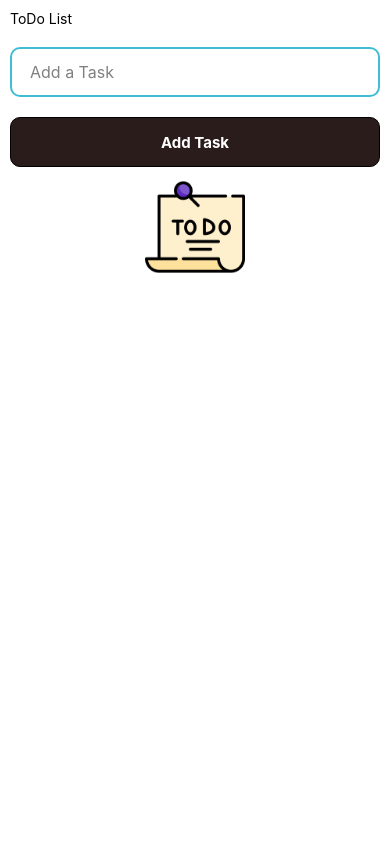
Repository: raisingh22/Projects
Screen: /
The author's editor kept a copy of each file at every save. The screen is drawn from the files as they stood at one save, then again after a run of saves.
The app was drawn by React Native's web renderer in a window 390 px wide. The project was rebuilt for these pictures with package versions that can differ from the ones it lists, and the page was loaded fresh each time.

Above is the screen before, as saved 2024-01-22 13:10:39.

### App.js
import { View, Text, SafeAreaView } from 'react-native'
import React from 'react'
import ToDo from './src/ToDoList/screens/ToDo'

const App = () => {
  return (
   <SafeAreaView style={{
    flex:1
   }}>
     <ToDo/>
   </SafeAreaView>
  )
}

export default App

### src/ToDoList/screens/ToDo.js
import {StyleSheet, Text, TextInput, View} from 'react-native';
import React, {useState} from 'react';
import MyBtn from '../../components/MyBtn';
import MyFlatList from '../../components/MyFlatList';
import Icon from 'react-native-vector-icons/Ionicons';
import Icons from 'react-native-vector-icons/MaterialIcons';
import Fallback from '../../components/Fallback';

// import {IconButton} from 'react-native-paper';
const DummyData = [
  {
    id: '1',
    name: 'Wash Car',
  },
  {
    id: '2',
    name: 'Dusting',
  },
];
const ToDo = () => {
  const [toDo, setToDo] = useState('');
  const [data, setData] = useState([]);
  const handleAdd = () => {
    setData([
      ...data,
      {
        id: Date.now(),
        title: toDo,
      },
    ]);
  };
  const handleDeleteTodo = id => {
    const updateTodo = data.filter(toDo => toDo.id !== id);
    setData(updateTodo);
    console.log(data.length);
  };
  return (
    <View
      style={{
        margin: 10,
      }}>
      <Text>ToDo List</Text>
      <TextInput
        placeholder="Add a Task"
        placeholderTextColor={'grey'}
        style={styles.textInput}
        value={toDo}
        onChangeText={text => setToDo(text)}
      />
      <MyBtn
        text={'Add Task'}
        onPress={() => handleAdd()}
        btnStyle={{backgroundColor: '#291c1a'}}
        textStyle={{
          fontSize: 15,
          fontWeight: 'bold',
        }}
      />
      <MyFlatList
        data={data}
        renderItem={(item, index) => (
          <View
            style={{
              flexDirection: 'row',
              alignItems: 'center',
              padding: 15,
              borderWidth: 1,
              marginVertical: 5,
              borderRadius: 10,
              marginHorizontal: 10,
              backgroundColor: index % 2 === 0 ? '#d4a7a1' : '#1cd9cf',
              shadowColor:'#000',
              shadowOffset:{
                  width:0,
                  height:1
              },
              shadowOpacity:1,
              shadowRadius:4
            }}>
            <Text
              style={{
                fontWeight: '800',
                fontSize: 19,
                color: 'black',
                flex: 1,
              }}>
              {item.title}
            </Text>
            <Icon
              name="pencil"
              size={25}
              style={{
                marginHorizontal: 10,
              }}
            />
            <Icons
              name="delete"
              size={25}
              onPress={() => handleDeleteTodo(item.id)}
            />
          </View>
        )}
      />
      {
        data.length <=0 && <Fallback/>
      }
    </View>
  );
};

export default ToDo;

const styles = StyleSheet.create({
  textInput: {
    width: '100%',
    height: 50,
    marginVertical: 20,
    borderWidth: 2,
    paddingVertical: 14,
    paddingHorizontal: 18,
    fontSize: 16,
    borderColor: '#40bdd4',
    borderRadius: 10,
    color: 'red',

  },
});

### src/components/MyBtn.js
import {StyleSheet, Text, TouchableOpacity, View} from 'react-native';
import React from 'react';

const MyBtn = ({text, onPress, btnStyle , textStyle}) => {
  return (
    <TouchableOpacity style={[styles.btn, btnStyle]} onPress={onPress}>
      <Text style={[styles.btnText, textStyle]} >{text}</Text>
    </TouchableOpacity>
  );
};

export default MyBtn;

const styles = StyleSheet.create({
  btn: {
    width: '100%',
    height: 50,
    backgroundColor: 'black',
    borderWidth: 1,
    borderRadius: 10,
    alignItems: 'center',
    justifyContent: 'center',
  },
  btnText: {
    color: 'white',
    // You can add more text styles here if needed
  },
});

### src/components/MyFlatList.js
import {FlatList, StyleSheet, Text, View} from 'react-native';
import React from 'react';

const MyFlatList = ({data, renderItem = (item, index) => {},bounces}) => {
  return (
    <FlatList
    bounces={bounces}
      data={data}
      renderItem={({item, index}) => renderItem(item, index)}
      keyExtractor={item => item.id.toString()}
      style={styles.list}
    />
  );
};

export default MyFlatList;

const styles = StyleSheet.create({
    list: {
        marginVertical:5,
        // flex: 1, // Example: Expand the FlatList to fill available space
        // backgroundColor: 'lightgray', // Example: Set background color
        // height:"50%"
      },
});

### src/components/Fallback.js
import { Image, StyleSheet, Text, View } from 'react-native'
import React from 'react'

const Fallback = () => {
  return (
    <View style={{
        //   alignItems: "center"
    }}>
     <Image
     resizeMode="center"
     style={{
        height:100,
        width:"100%"
     }}
     source={require('../asstes/to-do-list.png')}
     />
    </View>
  )
}

export default Fallback

const styles = StyleSheet.create({})

After the next 2 saves:
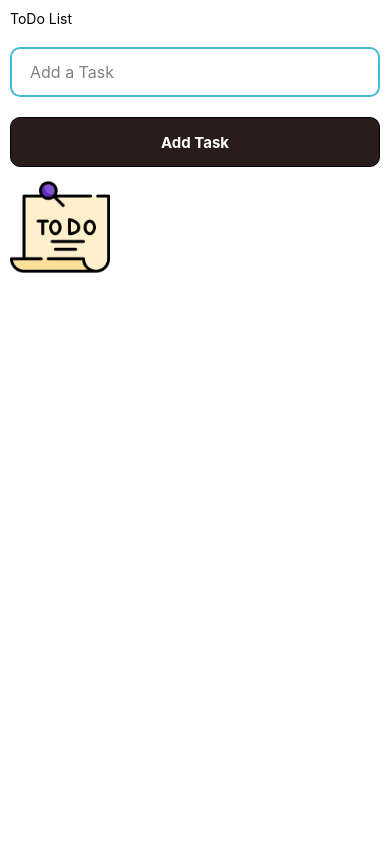
The 2 saves are shown as one change because they came seconds apart.
The last was saved 6 s later.
--- a/src/components/Fallback.js
+++ b/src/components/Fallback.js
@@ -10,7 +10,7 @@ const Fallback = () => {
      resizeMode="center"
      style={{
         height:100,
-        width:"100%"
+        width:100
      }}
      source={require('../asstes/to-do-list.png')}
      />
